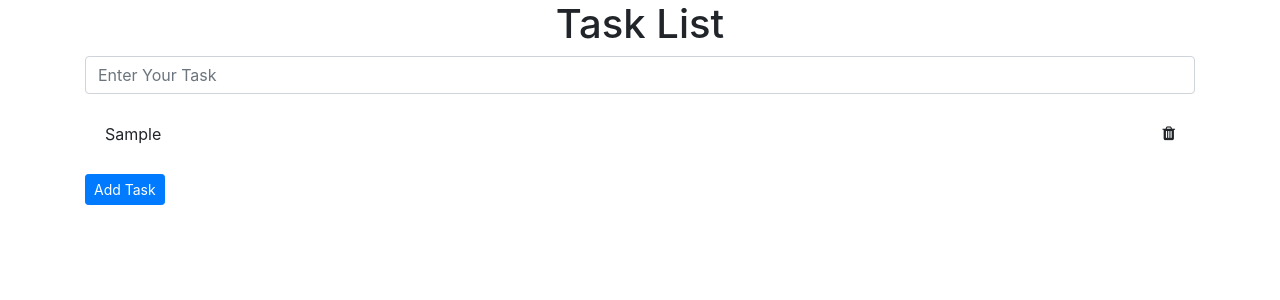
Repository: hoangphuong965/todolist
Page: index.html
An editor plug-in stored every save of this project. The page is shown before and after the next save, followed by the edit.
The browser window is 1280 px wide. The pictures show the whole page.
Empty fields were first filled with sample values (such as "Sample", 5 or name@example.com).
After loading, the first visible `form.form` was submitted once.

Above is the page before, as saved 2020-09-04 14:22:33.

### index.html
<!DOCTYPE html>
<html lang="en">

<head>
     <meta charset="UTF-8">
     <meta name="viewport" content="width=device-width, initial-scale=1.0">
     <title>Document</title>
     <link rel="stylesheet" href="https://stackpath.bootstrapcdn.com/bootstrap/4.3.1/css/bootstrap.min.css"
          integrity="sha384-ggOyR0iXCbMQv3Xipma34MD+dH/1fQ784/j6cY/iJTQUOhcWr7x9JvoRxT2MZw1T" crossorigin="anonymous">
     <link rel="stylesheet" href="https://maxcdn.bootstrapcdn.com/font-awesome/4.7.0/css/font-awesome.min.css">
     <link rel="stylesheet" href="style.css">
</head>

<body>
     <div class="container">
          <h1 class="text-center">Task List</h1>
          <form class="form">
               <div class="form-group ">
                    <input type="text" class="form-control" style="outline-color: black;" placeholder="Enter Your Task">
               </div>
               <div class="list">
                    <!-- <ol class="list-group list-group-flush">
                         <li class="list-group-item grid">
                              <p>Cras justo odio</p>
                              <i class="fa fa-trash" aria-hidden="true"></i>
                         </li>
                    </ol> -->
               </div>
               <button type="submit" class="btn btn-primary btn-sm">Add Task</button>
          </form>
     </div>
     <script src="app.js"></script>
</body>

</html>

### style.css
.grid {
  display: grid;
  grid-template-columns: auto auto;
}
i{
     margin-top: 3px;
     text-align: right;
}

### app.js
const input = document.querySelector("input");
let html = document.querySelector(".list");

const form = document.querySelector(".form");
form.addEventListener("submit", (e) => {
  e.preventDefault();
  add();
});

const add = () => {
  if (input.value === "") {
    return;
  } else {
    let ul = `
          <ol class="list-group list-group-flush ">
               <li class="list-group-item grid">
                    <p>${input.value}</p>
                    <i class="fa fa-trash" aria-hidden="true"></i>
               </li>
          </ol>
     `;

    input.value = "";
    html.innerHTML += ul;
  }
};

After the next save:
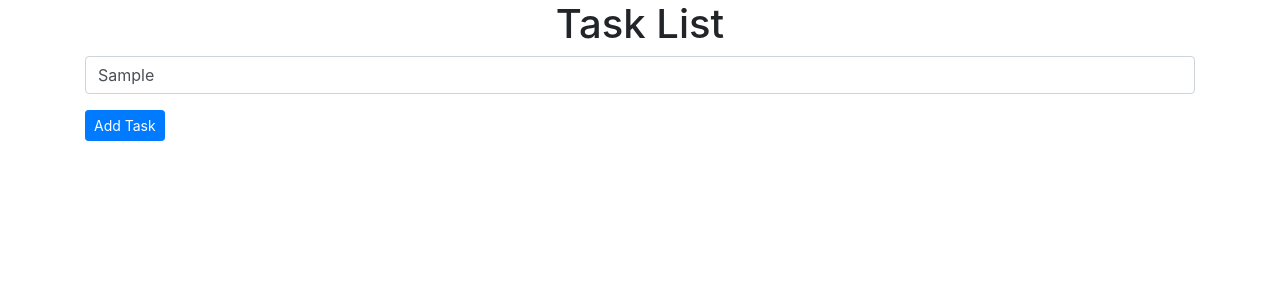
Saved 4 s later.
--- a/app.js
+++ b/app.js
@@ -8,7 +8,7 @@
 });
 
 const add = () => {
-  if (input.value === "") {
+  if (input.value) {
     return;
   } else {
     let ul = `

After the save that followed:
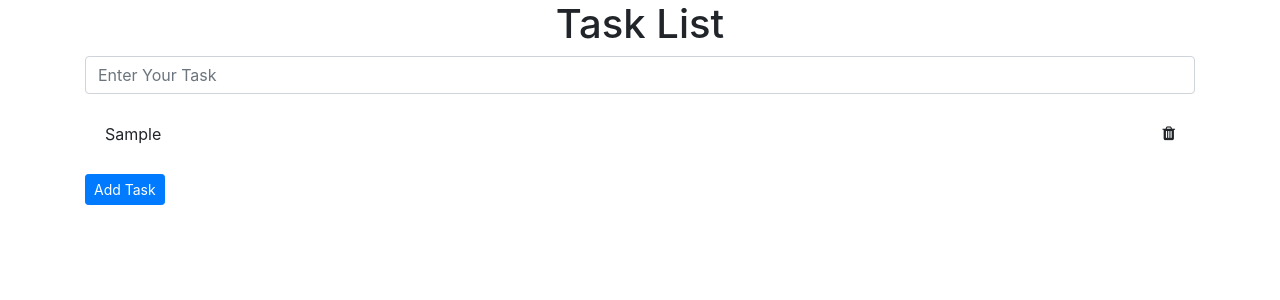
Saved 15 s later.
--- a/app.js
+++ b/app.js
@@ -8,7 +8,7 @@
 });
 
 const add = () => {
-  if (input.value) {
+  if (input.value === '') {
     return;
   } else {
     let ul = `
